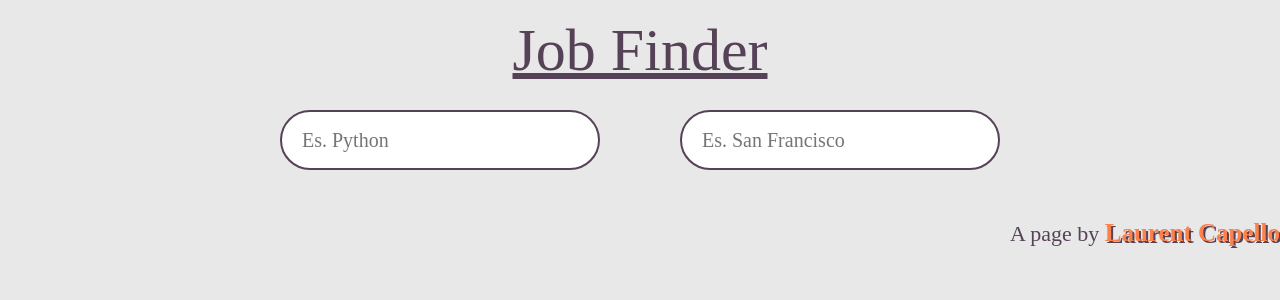
Repository: sokafootball/job-finder
Page: /
The author's editor kept a copy of each file at every save. The page is drawn from the files as they stood at one save, then again after the next save.
The browser window is 1280 px wide. The pictures show the whole page.
The page's requests for data from a server got no answer. The project was rebuilt for these pictures with package versions that can differ from the ones it lists, and the page was loaded fresh each time. No one was signed in, and anything a server would have sent is missing. Also part of the build but not shown: src/components/JobCard/JobCard.css, src/components/JobCard/JobCard.js.

Above is the page before, as saved 2020-10-29 17:35:38.

### src/index.js
import 'bootstrap/dist/css/bootstrap.css';
import React from 'react';
import ReactDOM from 'react-dom';
import './index.css';
import App from './components/App/App';
import * as serviceWorker from './serviceWorker';

ReactDOM.render(
  <React.StrictMode>
    <App />
  </React.StrictMode>,
  document.getElementById('root')
);

// If you want your app to work offline and load faster, you can change
// unregister() to register() below. Note this comes with some pitfalls.
// Learn more about service workers: https://bit.ly/CRA-PWA
serviceWorker.unregister();

### src/index.css
body {
  margin: 0;
  font-family: -apple-system, BlinkMacSystemFont, 'Segoe UI', 'Roboto', 'Oxygen',
    'Ubuntu', 'Cantarell', 'Fira Sans', 'Droid Sans', 'Helvetica Neue',
    sans-serif;
  -webkit-font-smoothing: antialiased;
  -moz-osx-font-smoothing: grayscale;
}

code {
  font-family: source-code-pro, Menlo, Monaco, Consolas, 'Courier New',
    monospace;
}

/* http://meyerweb.com/eric/tools/css/reset/
   v2.0 | 20110126
   License: none (public domain)
*/

html, body, div, span, applet, object, iframe,
h1, h2, h3, h4, h5, h6, p, blockquote, pre,
a, abbr, acronym, address, big, cite, code,
del, dfn, em, img, ins, kbd, q, s, samp,
small, strike, strong, sub, sup, tt, var,
b, u, i, center,
dl, dt, dd, ol, ul, li,
fieldset, form, label, legend,
table, caption, tbody, tfoot, thead, tr, th, td,
article, aside, canvas, details, embed,
figure, figcaption, footer, header, hgroup,
menu, nav, output, ruby, section, summary,
time, mark, audio, video {
	margin: 0;
	padding: 0;
	border: 0;
	font-size: 100%;
	font: inherit;
	vertical-align: baseline;
}
/* HTML5 display-role reset for older browsers */
article, aside, details, figcaption, figure,
footer, header, hgroup, menu, nav, section {
	display: block;
}
body {
	line-height: 1;
}
ol, ul {
	list-style: none;
}
blockquote, q {
	quotes: none;
}
blockquote:before, blockquote:after,
q:before, q:after {
	content: '';
	content: none;
}
table {
	border-collapse: collapse;
	border-spacing: 0;
}

### src/components/App/App.js
import React from 'react';
import './App.css';
import Footer from "../Footer/Footer"
import Header from "../Header/Header"
import MainContent from "../MainContent/MainContent"

function App() {

  return (
    <div id="main-div">
      <Header />
      <MainContent />
      <Footer />
    </div>
  );
}

export default App;

### src/components/App/App.css
:root{
  --background-color: #E8E8E8;
  --cards-bg-color: white;
  --font-color: #564256;
  --border-color: #564256;
  --job-title-color: #fc814a;
  --card-element-gap: 10px;
}

.App {
  text-align: center;
}

.App-logo {
  height: 40vmin;
  pointer-events: none;
}

@media (prefers-reduced-motion: no-preference) {
  .App-logo {
    animation: App-logo-spin infinite 20s linear;
  }
}

.App-header {
  min-height: 100vh;
  display: flex;
  flex-direction: column;
  align-items: center;
  justify-content: center;
  font-size: calc(10px + 2vmin);
  color: white;
}

.App-link {
  color: #61dafb;
}

@keyframes App-logo-spin {
  from {
    transform: rotate(0deg);
  }
  to {
    transform: rotate(360deg);
  }
}

#main-div{
  background-color: var(--background-color);
  align-items: center;
  display: flex;
  flex-direction: column;
  color: var(--font-color);
  height: 100vh;
}

### src/components/Footer/Footer.js
import React from 'react';
import './Footer.css';

function Footer(){
  return (
    <p id="footer">A page by <span id="signature">Laurent Capello</span></p>
  )
}

export default Footer

### src/components/Header/Header.js
import React from 'react';
import './Header.css';

function Header(){
  return (
      <p id="title">Job Finder</p>
  )
}

export default Header

### src/components/MainContent/MainContent.js
import React, {useState, useEffect, useCallback} from 'react';
import _ from 'lodash';
import './MainContent.css';
import SearchForm from "../SearchForm/SearchForm"
import JobCard from "../JobCard/JobCard"

function MainContent(){
  const[jobCards, setJobCards] = useState([])
  const[data, setData] = useState([])
  const[gotResponse, setGotResponse] = useState(true)
  const[userInput, setUserInput] = useState({
    description: "",
    location: "",
    fullTime: true
  })

  const handleFormChange = e => {
    const {name, value, type, checked} = e.target
    type === "checkbox"
      ? setUserInput({...userInput, [name]: checked})
      : setUserInput({...userInput,[name]: value})
  }

  const buildUrl = () => {
    let url = "https://cors-anywhere.herokuapp.com/https://jobs.github.com/positions.json?"
    url += userInput.description ? `&description=${userInput.description}` : ""
    url += userInput.location ? `&location=${userInput.location}` : ""
    url += userInput.fullTime ? `&full_time=${userInput.fullTime}` : ""
    return url
    }

  const getData = url => {
    fetch(url)
    .then(response => {
      if (response.status === 500){
        setGotResponse(false)
      }
      else{
        response.json()
        .then(data => setData(data))
      }
    })
  }

  const debouncedGetData = useCallback(_.debounce(getData, 1500,{leading: true}),[])

  useEffect(() => {
    const url = buildUrl()
    debouncedGetData(url)
  // eslint-disable-next-line react-hooks/exhaustive-deps
  }, [userInput])

  useEffect(() => {
    let cards = []
    if(data.length !== 0) {
      cards = data.map(job => {
        return <JobCard
          key={job.id}
          date={job.created_at}
          logo={job.company_logo}
          company={job.company}
          location={job.location}
          type={job.type}
          title={job.title}
          url={job.url}
          description={job.description}
        />
     })
    }
    setJobCards(cards)
  // eslint-disable-next-line react-hooks/exhaustive-deps
  }, [data])

    return (
      <div id="main">
        <SearchForm
          handleFormChange={handleFormChange}
          userInput={userInput}
        />
        {gotResponse ? jobCards : <p>Sorry, it seems the server has some issues, please try again later.</p>}
      </div>
    )
}

export default MainContent

### src/components/Footer/Footer.css
#footer{
  align-self: flex-end;
  font-size: 22px;
  margin: 20px 0px 30px 0px;
}

#signature{
  color:var(--job-title-color);
  text-shadow: var(--border-color) 2px 2px;
  font-size: 25px;
  font-weight: 800;
}

### src/components/Header/Header.css
#title{
  font-size: 60px;
  margin-top: 20px;
  text-decoration: underline var(--border-color);
}

### src/components/MainContent/MainContent.css
#main{
  align-items: center;
  display: flex;
  flex-direction: column;
  justify-content: space-between;
}

### src/components/SearchForm/SearchForm.js
import React from 'react';
import './SearchForm.css';

function SearchForm(props){
  return (
    <div id="form-container">
        <input
          className="input-text"
          name="description"
          type="text"
          onChange={e => props.handleFormChange(e)}
          placeholder="Es. Python"
          value={props.userInput.description}
        />
        <input
          className="input-text"
          name="location"
          type="text"
          onChange={e => props.handleFormChange(e)}
          placeholder="Es. San Francisco"
          value={props.userInput.location}
        />
    </div>
  )
}

export default SearchForm

### src/components/SearchForm/SearchForm.css
input{
  cursor: pointer;
}

.input-text {
  background-color: var(--cards-bg-color);
  border: 2px solid var(--border-color);
  border-radius: 30px;
  color: var(--font-color);
  font-size: 20px;
  height: 60px;
  outline: none;
  padding: 0px 20px;
  width: 40%;
}

#form-container{
  display: flex;
  justify-content: space-around;
  margin: 30px;
  width: 800px;
}

Loaded but not shown: public/index.html (common file); src/serviceWorker.js (common file)

After the next save:
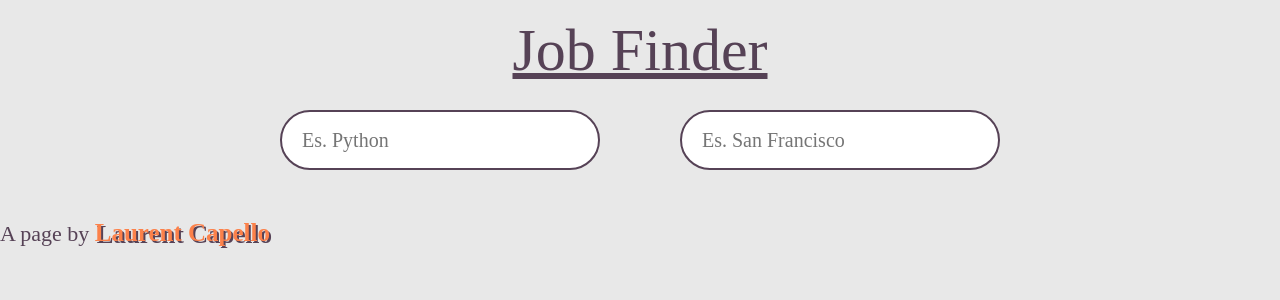
Saved 29 s later.
--- a/src/components/Footer/Footer.css
+++ b/src/components/Footer/Footer.css
@@ -1,5 +1,5 @@
 #footer{
-  align-self: flex-end;
+  align-self: baseline;
   font-size: 22px;
   margin: 20px 0px 30px 0px;
 }
